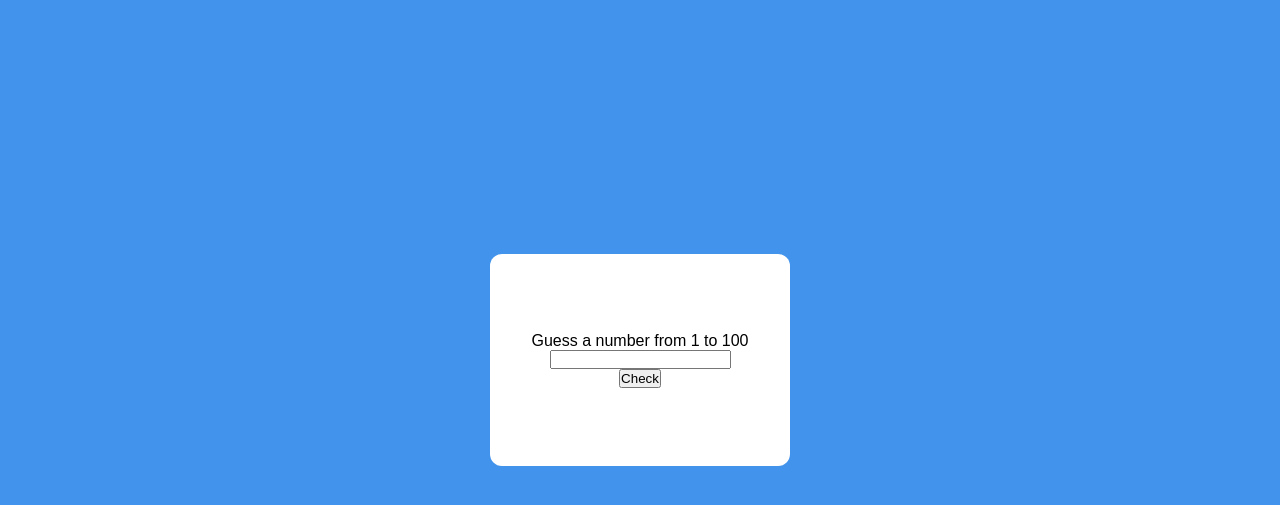
Repository: Ankitkr2021/Guess_Game
Page: index.html
The author's editor kept a copy of each file at every save. The page is drawn from the files as they stood at one save, then again after the next save.
The browser window is 1280 px wide. The pictures show the whole page.

Above is the page before, as saved 2025-09-30 17:14:04.

After the next save:
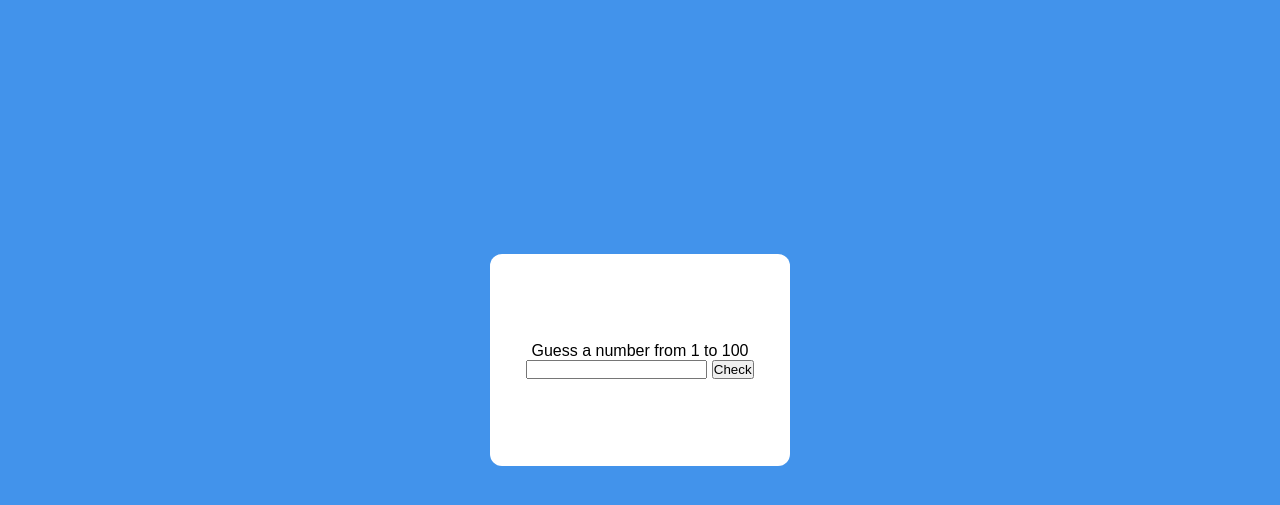
Saved 20 s later.
--- a/index.html
+++ b/index.html
@@ -9,8 +9,10 @@
 <body>
     <div class="box">
         <p>Guess a number from 1 to 100</p>
+        <div class="same-line">
         <input type="number">
         <button type="submit">Check</button>
+        </div>
     </div>
 </body>
 </html>
